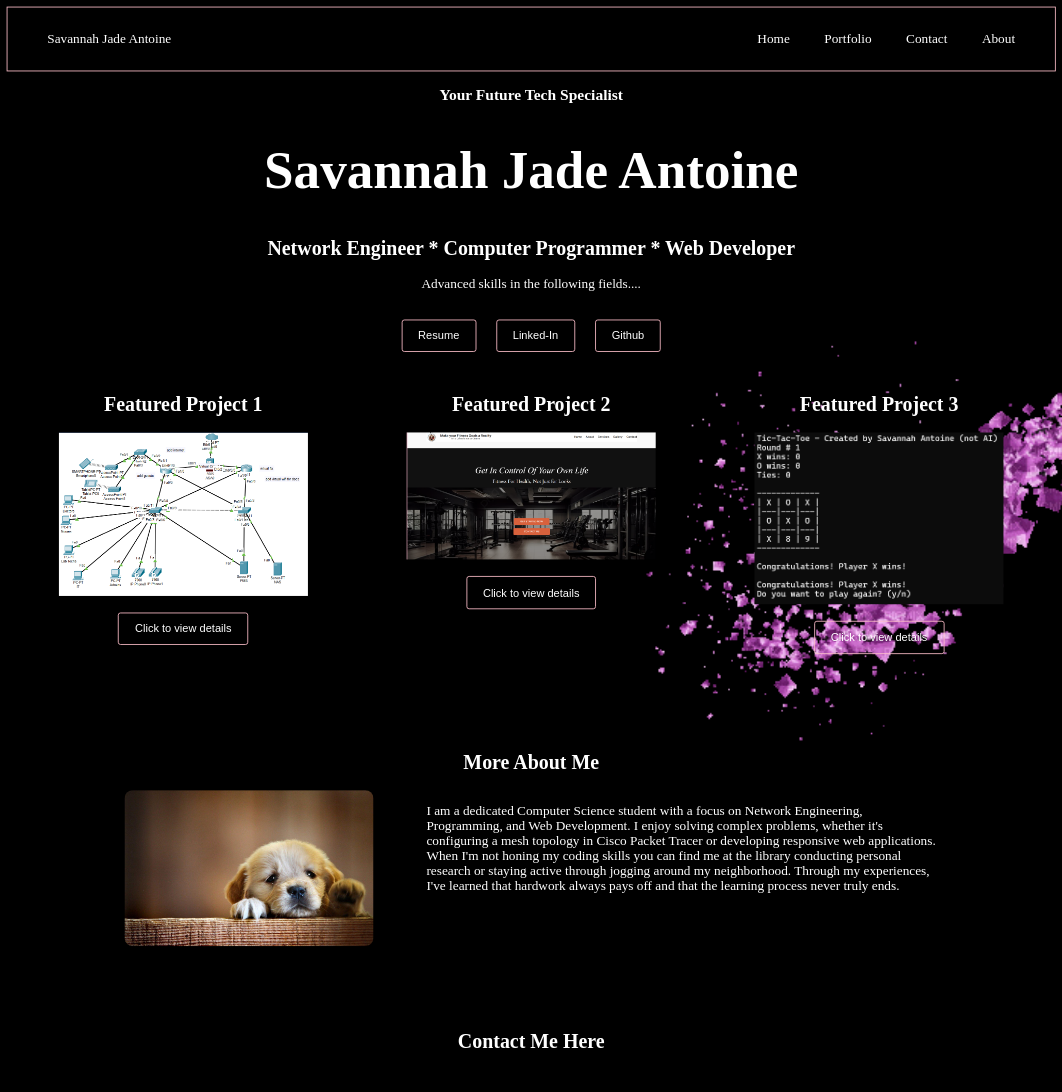
Repository: Savannah-Antoine/Savannah-Antoine
Page: index.html
The author's editor kept a copy of each file at every save. The page is drawn from the files as they stood at one save, then again after the next save.
The browser window is 1280 px wide. The pictures show the whole page, at 83% of full size.

Above is the page before, as saved 2026-05-15 14:50:54.

### index.html
<!DOCTYPE html>
<html lang="en">
<head>
    <meta charset="UTF-8">
    <meta name="viewport" content="width=device-width, initial-scale=1.0">
    <link rel = "stylesheet" href = "./styles/index.css" />
    <link rel = "stylesheet" href = "./styles/globals.css" />
    <title>Savannah Jade Antoine Portfolio</title>
</head>
<body>
<header>
    <nav>
        <ul class = "homeButton">
           <li><a href = "index.html">Savannah Jade Antoine</a></li>
        </ul>
        <ul class = "navigation">
  <li><a href="index.html">Home</a></li>
  <li><a href="#PortfolioSection">Portfolio</a></li>
  <li><a href="#ContactMe">Contact</a></li>
  <li><a href="#AboutMe">About</a></li>
</ul>

</nav>
<h3>Your Future Tech Specialist</h3>
<h1> Savannah Jade Antoine</h1>
<h2>Network Engineer * Computer Programmer * Web Developer</h2>
<p> Advanced skills in the following fields....</p>
<div class = "infoButtons">
<a href = "Savannah Jade Resume (1).pdf"><button>Resume</button></a>
<a href = "www.linkedin.com/in/savannah-antoine-ab0756390"><button>Linked-In</button></a>
<button>Github</button>
</div>

</header>
<main class = "container">
<section id = "PortfolioSection" class = "project-card">

<h2>Featured Project 1</h2>
<img src = "./assets/images/Project1.png" alt = "First Portfolio placeholder image" />
<p><a href = "./pages/project-name-1.html"><button>Click to view details</button></a>
</section>


<section class = "project-card">
<h2>Featured Project 2</h2>
<img src = "./assets/images/Project2.png" alt = "Second Portfolio placeholder image" />
<p><a href = "./pages/project-name-2.html"><button>Click to view details</button></a>
</section>
<section class = "project-card">
<h2>Featured Project 3</h2>
<img src = "./assets/images/Project3.png" alt = "Third Portfolio placeholder image" />
<p><a href = "./pages/project-name-3.html"><button>Click to view details</button></a>
</section>

<section id = "AboutMe">
<h2>More About Me</h2>
<div  class = "aboutMe"> <img src = "./assets/images/profilepic.jpg" alt = "profile picture" />

<p>I am a dedicated Computer Science student with a focus on Network Engineering, Programming, and Web Development.
I enjoy solving complex problems, whether it's configuring a mesh topology in Cisco Packet Tracer or developing responsive web applications.
When I'm not honing my coding skills you can find me at the library conducting personal research or staying active through jogging around my neighborhood.
Through my experiences, I've learned that hardwork always pays off and that the learning process never truly ends.
</P>
</div>
</section>

<section id = "ContactMe">
<h2>Contact Me Here</h2>

</section>



</main>

</body>
</html>

### styles/index.css
.container{
  display: flex;
    flex-direction: column;
    align-items: center;
    gap: 2rem;
    padding: 1.2rem;

}
#AboutMe{
  text-align: center;
  justify-content: center;


}
.aboutMe{
    display: flex;
    flex-direction: column;      /* Side-by-side */
    align-items: center;
    text-align: left;       /* Vertically centers image and text */
    gap: 2rem;
}


.navigation {
    display: grid;
    grid-template-columns: repeat(2, 1fr);
    gap: 0.6rem;
    text-align: right;
}


body h1{
    font-size: 2.5rem;

}

img{
    width: 100%;
    max-width: 400px;
    height: auto;
}

@media screen and (min-width: 768px)
{




    #AboutMe img {
        width: 300px;
        border-radius: 10px;
    }
   body h1 {
        font-size: 4rem;
    }
    .container {
        flex-direction: row;
        flex-wrap: wrap;
        align-items: flex-start;
        justify-content: space-around;
    }
    .project-card {
        width: 30%;
        width:300px;
        min-width: 250px;
        text-align: center;
    }
    .project-card img{
        width: 300px;
        height: auto;


    }


    .navigation{
        display:flex;
    }

}


@media screen and (min-width: 1000px)
{
    .container {
        margin: 0 auto;
    }
    .aboutMe {
        flex-direction: row;
        justify-content: center;
        align-items: flex-start;
        text-align: left;
        gap: 4rem;

    }
    #AboutMe
    {
        padding: 50px 10%;
        text-align: center;
        align-items:center;
        justify-content: center;
      max-width: 1000px;
    }

}

### styles/globals.css
body {
    background-color: black;
  background-image: url(/assets/images/background-pic.gif);
  background-repeat: no-repeat;
  background-size: cover;
  color: white;
  font-size: 1rem;
  text-align: center;
}



.homeButton{
  order: -1;
  list-style-type: none;
  margin: 0;
  padding: 0;
  display: flex;
  justify-content: left;

}


nav {
    display: flex;
    justify-content: space-between;
    align-items: center;
    padding: 1rem 2rem;

    border: 0.1rem solid pink;
    cursor: pointer;


}



nav ul {
    display: flex;
    list-style: none;
    gap: 1rem;
    margin: 0;
    padding: 0;
}
button {
    padding: 0.7rem 1.2rem;
    background-color: transparent;
    color: white;
    border: 0.1rem solid pink;
    cursor: pointer;
    transition: all 0.3s ease;
    border-radius: 0.2rem;
    gap: 1rem;
}
button:hover {
    background-color: pink;
    color: rgb(31, 1, 31);
    transform: translateY(-3px);
    box-shadow: 0 0.3rem 1rem rgba(255, 255, 255, 0.3);
}

.infoButtons {
    display: flex;
    justify-content: center;
    gap: 1.5rem;
    margin-top: 1.4rem;
    min-width: 100px;
    padding: 0.7rem 0.9rem;
}

li a {
  display: block;
  color: white;
  padding: 0.8rem 1rem;
  text-decoration: none;
}

ul li a:hover {
 background-color: pink;
  color: rgb(31, 1, 31);
  box-shadow: 0 0.5rem 0.9rem rgba(255, 255, 255, 0.3)
}

h1{

  font-size: 4rem;
}

After the next save:
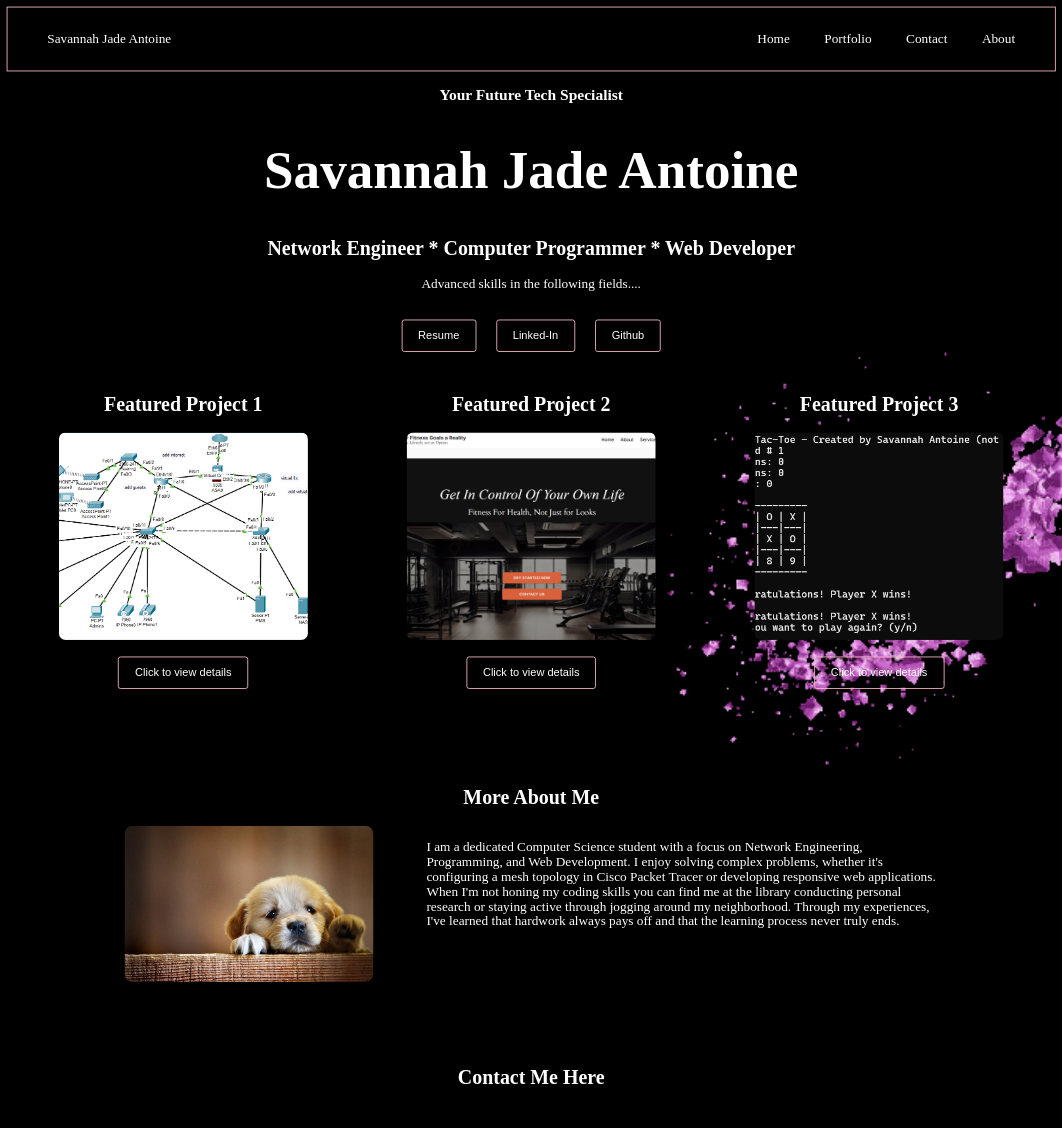
Saved 115 s later.
--- a/styles/index.css
+++ b/styles/index.css
@@ -66,8 +66,11 @@ img{
         text-align: center;
     }
     .project-card img{
-        width: 300px;
-        height: auto;
+       width: 100%;
+    height: 250px;
+    object-fit: cover;
+    object-position: top;
+    border-radius: 0.5rem;
 
 
     }
